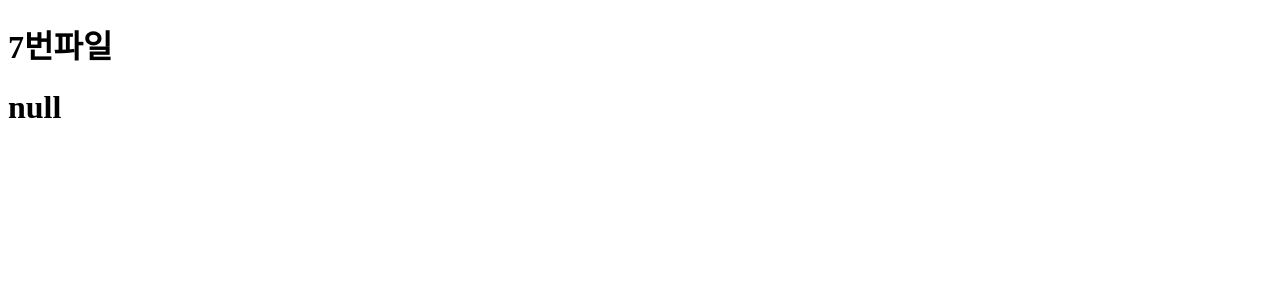
Repository: JJinBBangg/JSP
Page: http://localhost/jsp/ch07/lecture/02include-tag/07param.jsp
The author's editor kept a copy of each file at every save. The page is drawn from the files as they stood at one save, then again after the next save.
The browser window is 1280 px wide. The pictures show the whole page.
The page is served by Tomcat 9.

Above is the page before, as saved 2023-03-29 06:31:22.

After the next save:
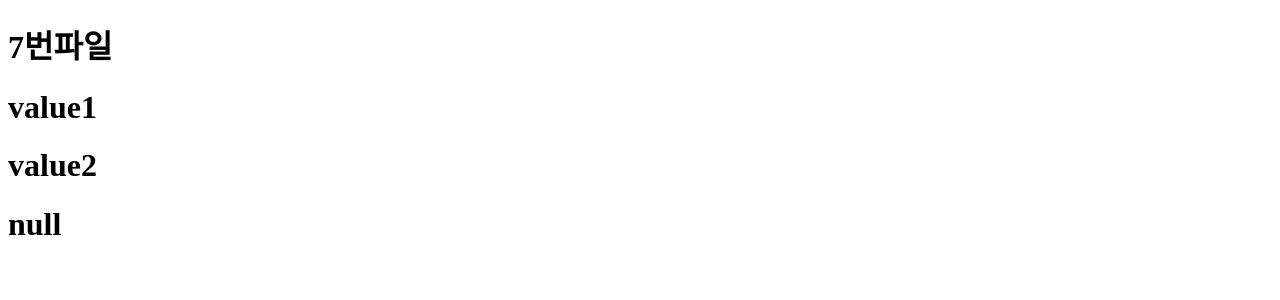
Saved 51 s later.
--- a/jsp/src/main/webapp/ch07/lecture/02include-tag/07param.jsp
+++ b/jsp/src/main/webapp/ch07/lecture/02include-tag/07param.jsp
@@ -10,7 +10,11 @@
 <h1>7번파일</h1>
 
 	<jsp:include page="08sub.jsp">
-		<jsp:param value="" name=""/>
+		<jsp:param value="value1" name="param1"/>
 	</jsp:include>
+	<jsp:include page="08sub.jsp">
+		<jsp:param value="value2" name="param1"/>
+	</jsp:include>
+	<h1><%=request.getParameter("param1") %></h1>
 </body>
 </html>
